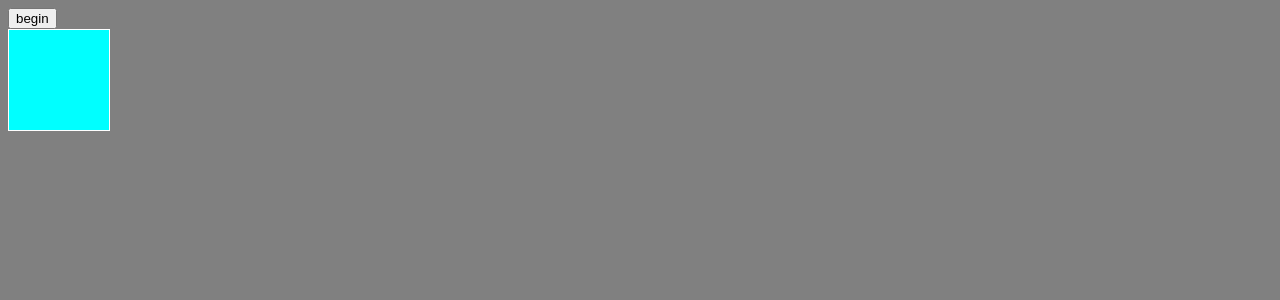
Repository: albinsabu2023/Stopwatch-program
Page: index.html
These files come from the project's save history. The page is drawn as it stood at one moment and after the next save; the edit follows.
The browser window is 1280 px wide. The pictures show the whole page.
After loading, the first visible `#button` was clicked once.

Above is the page before, as saved 2023-03-03 19:48:13.
Console error: ReferenceError: degree is not defined

### index.html
<!DOCTYPE html>

<head>
    <meta charset="UTF-8">
    <meta http-equiv="X-UA-Compatible" content="IE=edge">
    <meta name="viewport" content="width=device-width, initial-scale=1.0">
    <link rel="stylesheet" href="style.css">
    <title>Document</title>
</head>
    <button id="button">begin</button>
   <div id="div"></div>

    <script src="index.js"></script>
</body>
</html>

### style.css
body{
color:white;
background-color: gray;
}
#div{
    background-color: aqua;
    height: 100px;
    width: 100px;
    position: relative;
    border: 1px solid;

}

### index.js
//event handlers addEventlistner
//---------------------------
// const innerdiv = document.getElementById("innerdiv");
// const outerdiv = document.getElementById("outerdiv");
// innerdiv.addEventListener("click", changeRed);

// outerdiv.addEventListener("click", changeRed);

// function changeRed() {
//   alert(`you selected ${this.id}`);
//   this.style.backgroundColor = "red";
// }

//toggle the image using a button
//----------------------------
// let img = document.querySelector("#image");
// let bt = document.querySelector("#button");
// bt.addEventListener("click", () => {
//   if (img.style.display == "none") {
//     img.style.display = "block";
//   } else {
//     img.style.display = "none";
//   }
// });
///or

// let img = document.querySelector("#image");
// let bt = document.querySelector("#button");
// bt.addEventListener("click", () => {
//   if (img.style.visibility == "hidden") {
//     img.style.visibility = "visible";
//   } else {
//     img.style.visibility = "hidden";
//   }
// });

//KEY  LISTNER to move a div

// let x = 0;
// let y = 0;
// const div = document.getElementById("div");
// window.addEventListener("keydown", changePos);
// function changePos(event) {
//   switch (event.key) {
//     case "ArrowDown":
//       y += 5;
//       div.style.top = y + "px";
//       break;
//     case "ArrowUp":
//       y -= 5;
//       div.style.top = y + "px";
//       break;
//     case "ArrowRight":
//       x += 5;
//       div.style.left = x + "px";
//       break;
//     case "ArrowLeft":
//       x -= 5;
//       div.style.left = x + "px";
//       break;
//     default:
//       break;
//   }
// }

//DIAGONEL ANIMATION
//----------------------
// const btn = document.getElementById("button");
// const div = document.getElementById("div");
// btn.addEventListener("click", begin);
// function begin() {
//   let x = 0;
//   let y = 0;
//   let timer = null;
//   timer = setInterval(frame, 5);
//   function frame() {
//     if (x >= 200 || y > 200) {
//       clearInterval(timer);
//     } else {
//       x += 1;
//       y += 1;
//       div.style.left = x + "px";
//       div.style.top = y + "px";
//     }
//   }
// }

const btn = document.getElementById("button");
const div = document.getElementById("div");

btn.addEventListener("click", move);
function move() {
  let degrees = 0;
  let timer = null;
  timer = setInterval(frame, 5);
  function frame() {
    if (degree >= 360) {
      clearInterval(timer);
    } else {
      degrees += 1;
      div.style.transform = "rotateX(" + degrees + "deg)";
    }
  }
}

After the next save:
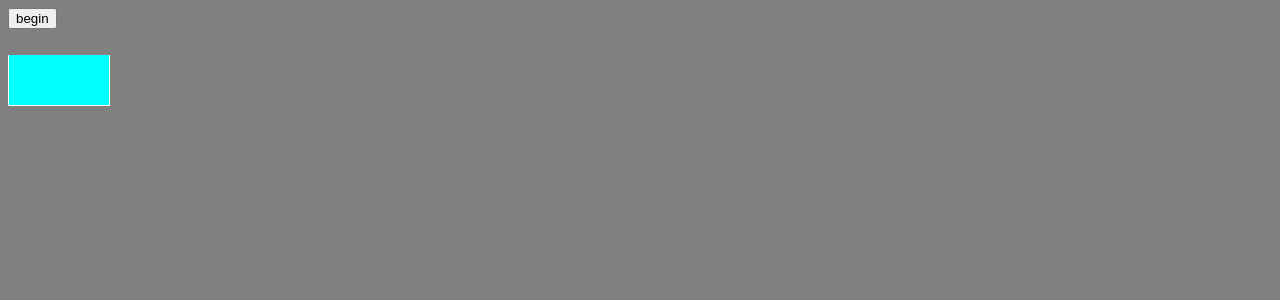
The error is gone.
Saved 85 s later.
--- a/index.js
+++ b/index.js
@@ -94,7 +94,7 @@ function move() {
   let timer = null;
   timer = setInterval(frame, 5);
   function frame() {
-    if (degree >= 360) {
+    if (degrees >= 360) {
       clearInterval(timer);
     } else {
       degrees += 1;
